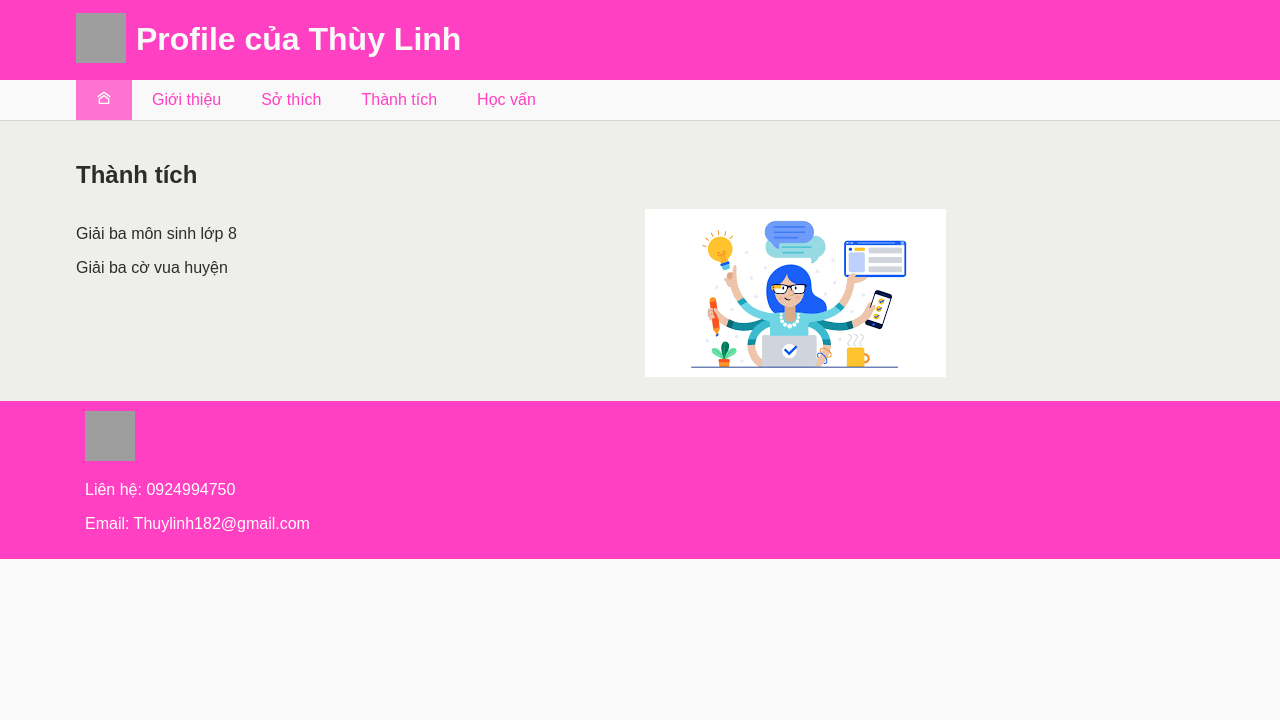
Repository: DucLong-PD07979/profile-vu-thuy-linh
Page: thanh-tich.html
An editor plug-in stored every save of this project. The page is shown before and after the next save, followed by the edit.
The browser window is 1280 px wide. The pictures show the whole page.
Pictures or frames that could not be fetched are drawn as grey boxes.

Above is the page before, as saved 2025-03-13 21:10:50.
Not found: script.js

After the next save:
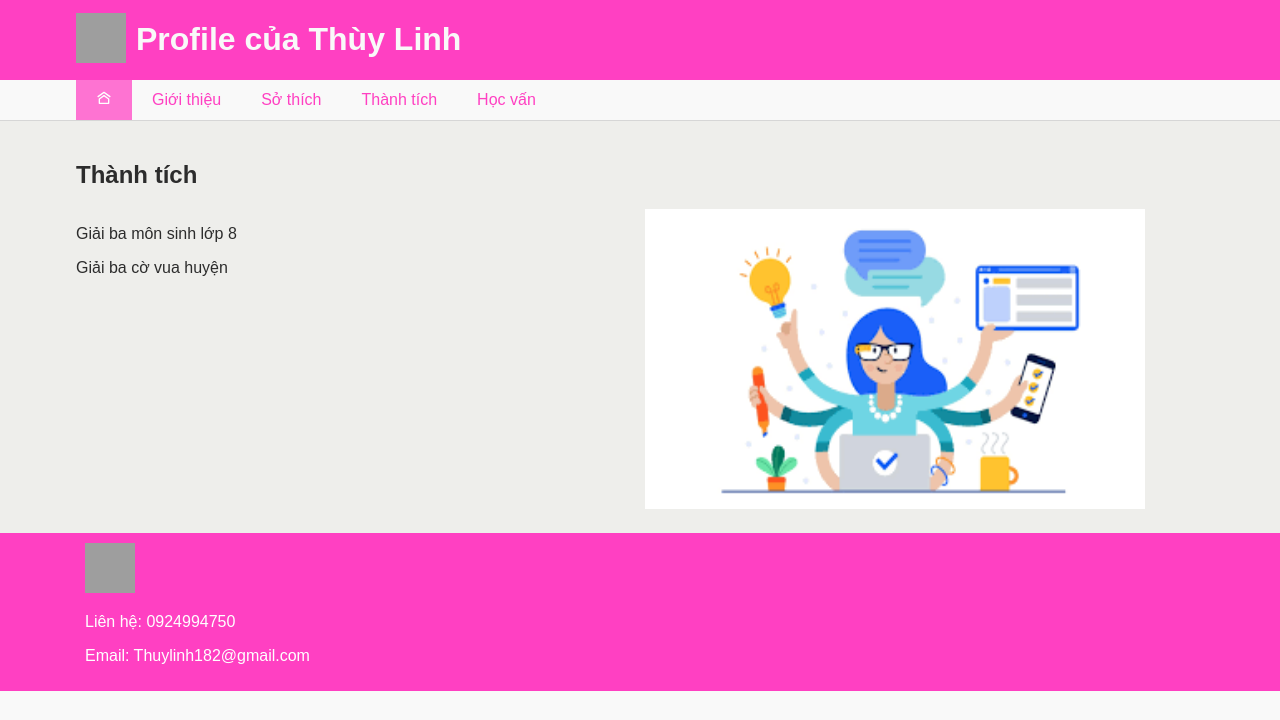
Saved 8 s later.
--- a/css/main.css
+++ b/css/main.css
@@ -200,7 +200,7 @@ nav ul li:hover .menu-children {
     gap: 10px;
 }
 
-.achievements-content .box img {
+.achievements-section-content .box img {
     width: 500px;
     height: 300px;
 }
